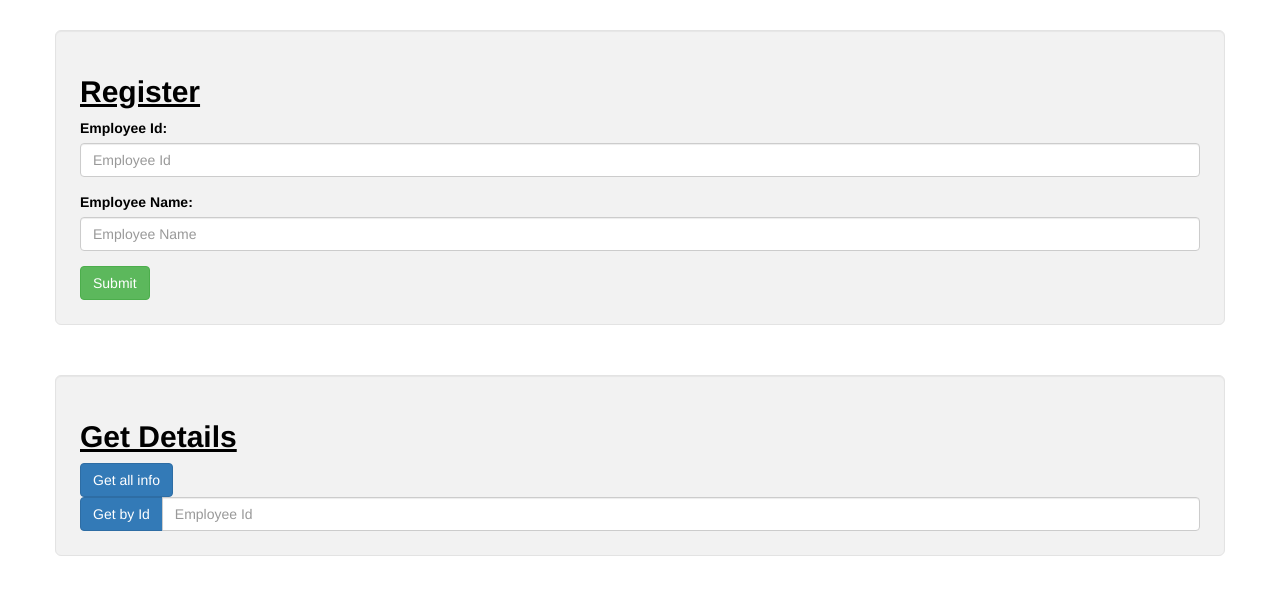
Repository: royakash07/FirstWebApplication
Page: http://localhost/SampleWebApplication/EmployeeProtal.jsp
The author's editor kept a copy of each file at every save. The page is drawn from the files as they stood at one save, then again after the next save.
The browser window is 1280 px wide. The pictures show the whole page.
Some web libraries are served in a nearby version. The page is served by Tomcat 9. Nobody is signed in. The application's start-up code is not run. Other server files are loaded and not shown.

Above is the page before, as saved 2017-11-30 05:25:05.

### SampleWebApplication/WebContent/EmployeeProtal.jsp
<%@ page language="java" contentType="text/html; charset=ISO-8859-1"
    pageEncoding="ISO-8859-1"%>
<!DOCTYPE html PUBLIC "-//W3C//DTD HTML 4.01 Transitional//EN" "http://www.w3.org/TR/html4/loose.dtd">
<html>
<head>
<meta http-equiv="Content-Type" content="text/html; charset=ISO-8859-1">
<title>Portal</title>
  <meta charset="utf-8">
  <meta name="viewport" content="width=device-width, initial-scale=1">
  <link rel="stylesheet" href="https://maxcdn.bootstrapcdn.com/bootstrap/3.3.7/css/bootstrap.min.css">
  <script src="https://ajax.googleapis.com/ajax/libs/jquery/3.2.1/jquery.min.js"></script>
  <script src="https://maxcdn.bootstrapcdn.com/bootstrap/3.3.7/js/bootstrap.min.js"></script>
<style>
.well
{
color:black;
background-color:#F2F2F2;
}

</style>
</head>
<body>
<div style="padding: 30px">
<div class="container well well-lg" >
<h2><strong><u>Register</u></strong></h2>
<form action="Submit" method="post">
<div class="form-group">
  <label for="EmployeeId">Employee Id:</label>
  <input type="text" class="form-control" name="EmployeeId" placeholder="Employee Id" >
  </div>
  <div class="form-group">
  <label for="Name">Employee Name:</label>
  <input type="text" class="form-control" name="Name" placeholder="Employee Name">
  </div>
  <input type="submit"class="btn btn-success" value="Submit">
</form>
</div>
</div>
<div class="container well well-lg">
<h2><strong><u>Get Details</u></strong></h2>
<button type="button" class="btn btn-primary" value="getAllDetails">Get all info</button>
<div class="input-group form-inline">
<span class="input-group-btn">
	<button type="button" class="btn btn-primary" value="getDetailsById">Get by Id</button>
	</span>
    <input type="text" placeholder="Employee Id" class="form-control">

</div>
</div>
</body>
</html>

After the next save:
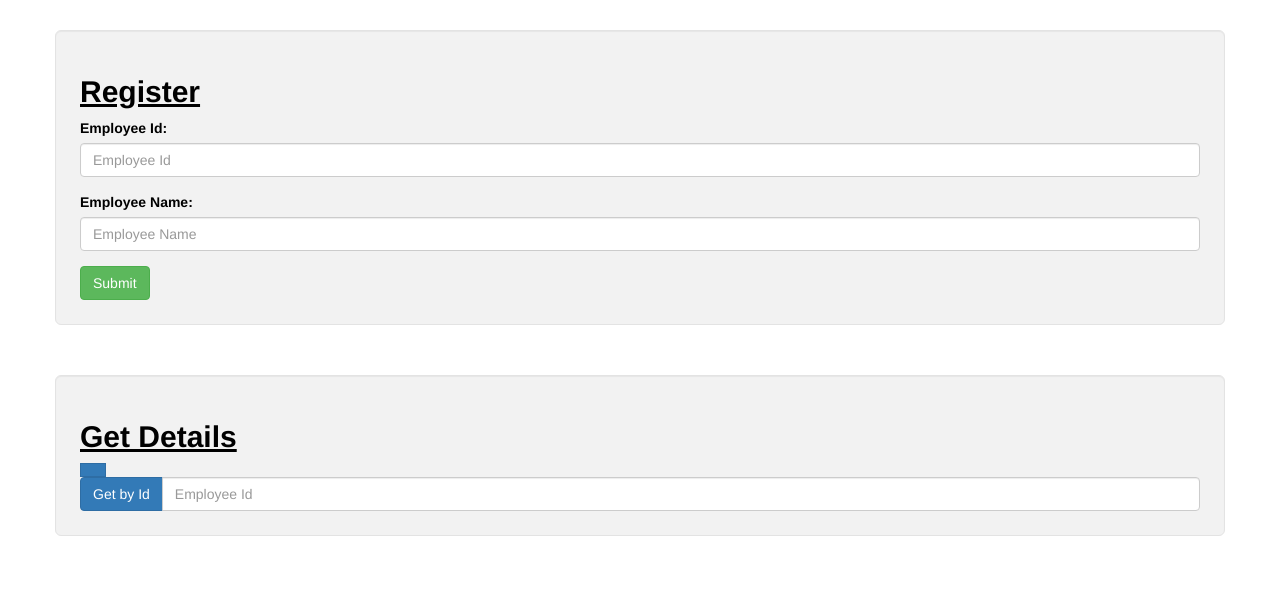
Saved 53 s later.
--- a/SampleWebApplication/WebContent/EmployeeProtal.jsp
+++ b/SampleWebApplication/WebContent/EmployeeProtal.jsp
@@ -38,7 +38,7 @@
 </div>
 <div class="container well well-lg">
 <h2><strong><u>Get Details</u></strong></h2>
-<button type="button" class="btn btn-primary" value="getAllDetails">Get all info</button>
+<button type="button" class="btn btn-primary input-group-btn" value="getAllDetails">Get all info</button>
 <div class="input-group form-inline">
 <span class="input-group-btn">
 	<button type="button" class="btn btn-primary" value="getDetailsById">Get by Id</button>

After the save that followed:
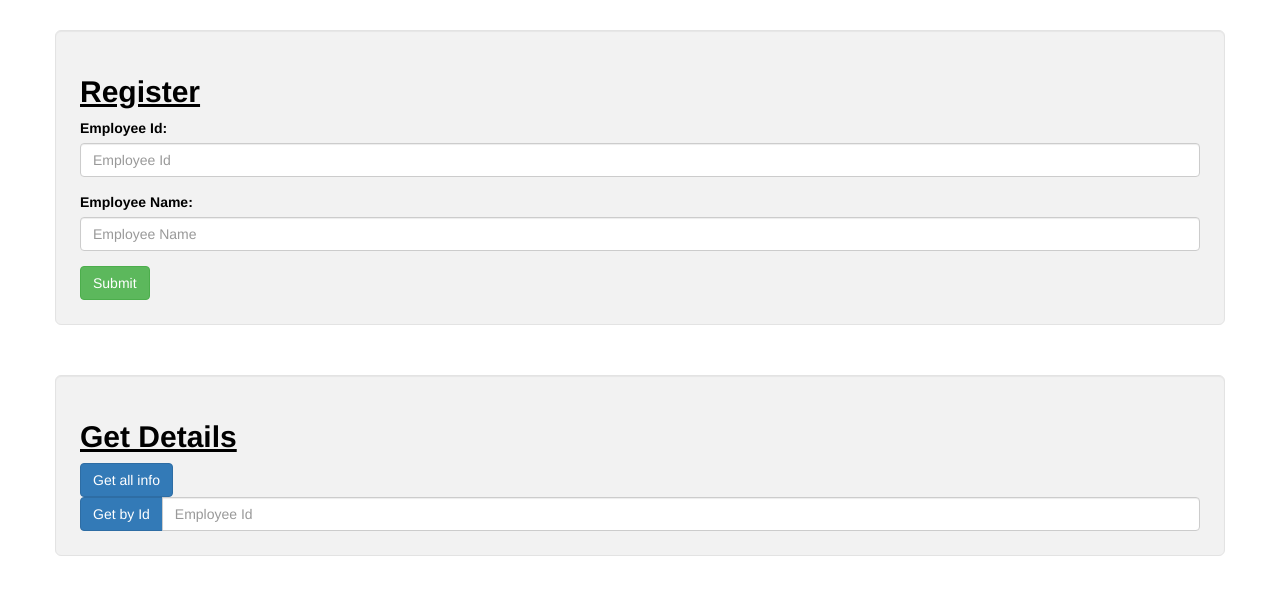
Saved 10 s later.
--- a/SampleWebApplication/WebContent/EmployeeProtal.jsp
+++ b/SampleWebApplication/WebContent/EmployeeProtal.jsp
@@ -38,7 +38,7 @@
 </div>
 <div class="container well well-lg">
 <h2><strong><u>Get Details</u></strong></h2>
-<button type="button" class="btn btn-primary input-group-btn" value="getAllDetails">Get all info</button>
+<button type="button" class="btn btn-primary" value="getAllDetails">Get all info</button>
 <div class="input-group form-inline">
 <span class="input-group-btn">
 	<button type="button" class="btn btn-primary" value="getDetailsById">Get by Id</button>
